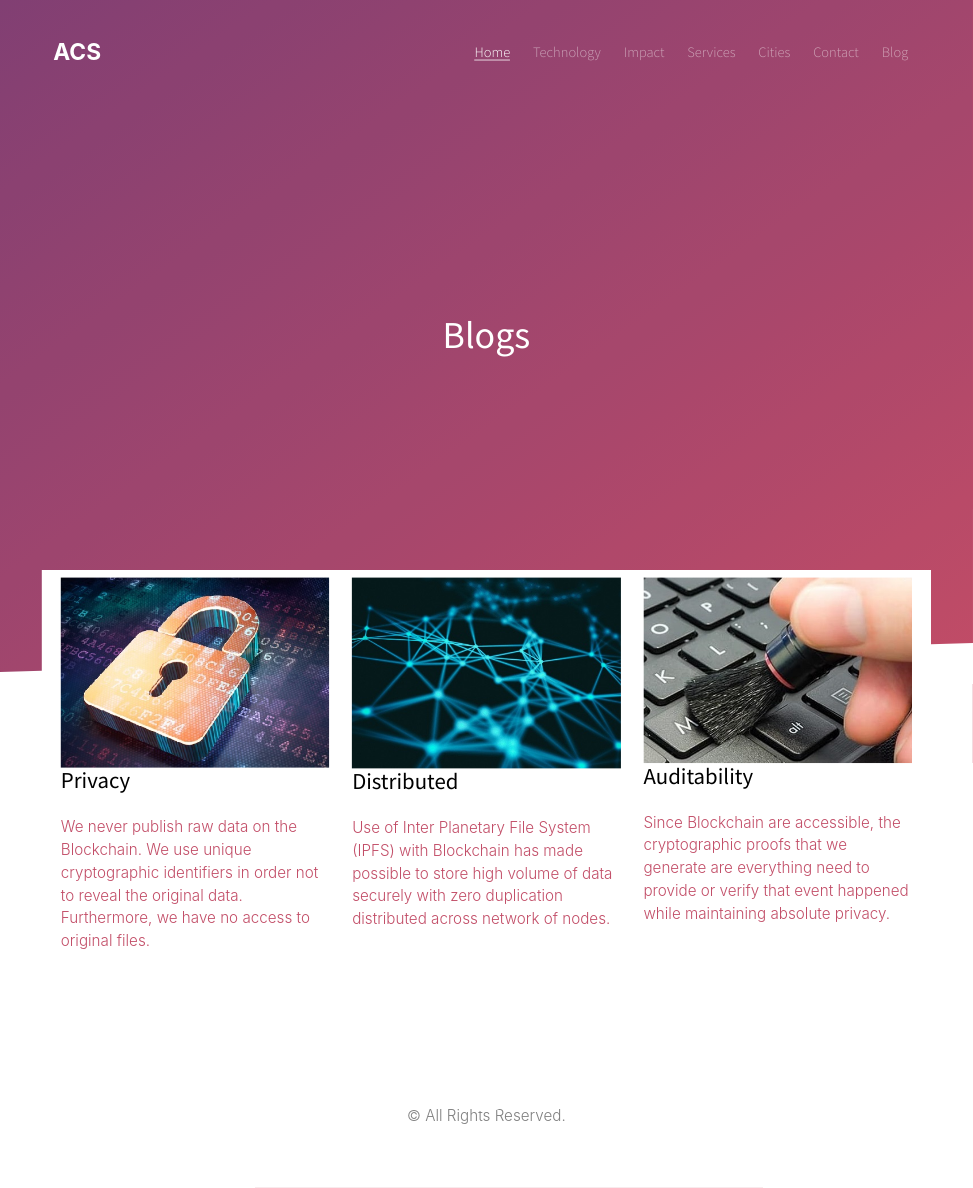
Repository: agarwalrahul-22/acs
Page: /blog
These files come from the project's save history. The page is drawn as it stood at one moment and after the next save; the edit follows.
The browser window is 1280 px wide. The pictures show the whole page, at 76% of full size.
Some web fonts or font styles are not loaded; a fallback is used. The project was rebuilt for these pictures with package versions that can differ from the ones it lists, and the page was loaded fresh each time. Also part of the build but not shown: src/components/main/LandingComponent.js, src/components/main/TechComponent.js, src/components/main/ImpactComponent.js, src/components/main/ServicesComponent.js, src/components/main/CitiesComponent.js, src/components/MainComponent.js.

Above is the page before, as saved 2022-10-10 22:06:12.

### public/index.html
<!DOCTYPE html>
<html lang="en">
  <head>
    <meta charset="utf-8" />
    <link rel="icon" href="%PUBLIC_URL%/favicon.ico" />
    <meta name="viewport" content="width=device-width, initial-scale=1" />
    <meta name="theme-color" content="#000000" />
    <meta name="description" content="Blockchain based Atithi Compliance System" />
    <link rel="apple-touch-icon" href="%PUBLIC_URL%/logo192.png" />
    <link href='https://fonts.googleapis.com/css?family=Source+Sans+Pro:400,300,600,400italic,700' rel='stylesheet'
      type='text/css'>
    <link rel="stylesheet" href="css/animate.css">
    <link rel="stylesheet" href="css/icomoon.css">
    <link rel="stylesheet" href="css/simple-line-icons.css">
    <link rel="stylesheet" href="css/magnific-popup.css">
    <link rel="stylesheet" href="css/bootstrap.css">
    <link rel="stylesheet" href="css/style3.css">
    <!--
      manifest.json provides metadata used when your web app is installed on a
      user's mobile device or desktop. See https://developers.google.com/web/fundamentals/web-app-manifest/
    -->
    <link rel="manifest" href="%PUBLIC_URL%/manifest.json" />
    <!--
      Notice the use of %PUBLIC_URL% in the tags above.
      It will be replaced with the URL of the `public` folder during the build.
      Only files inside the `public` folder can be referenced from the HTML.

      Unlike "/favicon.ico" or "favicon.ico", "%PUBLIC_URL%/favicon.ico" will
      work correctly both with client-side routing and a non-root public URL.
      Learn how to configure a non-root public URL by running `npm run build`.
    -->
    <title>Atithi Compliance System</title>
  </head>
  <body>
    <noscript>You need to enable JavaScript to run this app.</noscript>
    <div id="root"></div>
    <!--
      This HTML file is a template.
      If you open it directly in the browser, you will see an empty page.

      You can add webfonts, meta tags, or analytics to this file.
      The build step will place the bundled scripts into the <body> tag.

      To begin the development, run `npm start` or `yarn start`.
      To create a production bundle, use `npm run build` or `yarn build`.
    -->
  </body>
</html>

### src/components/BlogComponent.js
import React from 'react'
import report from "../images/report.svg";
import blockchain from "../images/blockchain.svg";
import img7 from "../images/img_7.jpg";
import img8 from "../images/img_8.jpg";
import img10 from "../images/img_10.jpg";
import fullimage2 from "../images/full_image_2.jpg";
import privacy from "../images/privacy_acs.jpg";
import distributed from "../images/distributed_acs.jpg";
import audit from "../images/audit_acs.jpg";
function BlogComponent() {
  return (
    <div>
      <section
        id="fh5co-home"
        data-section="home"
        style={{ backgroundImage: { fullimage2 } }}
        data-stellar-background-ratio="0.5"
      >
        <div className="gradient"></div>
        <div className="container">
          <div className="text-wrap">
            <div className="text-inner">
              <h1 className="to-animate">Blogs </h1>
            </div>
          </div>
        </div>
        <div className="slant"></div>
      </section>
      <section id="fh5co-intro">
        <div className="container">
          <div className="row row-bottom-padded-lg"
          style={{backgroundColor:'white', padding:'10px'}}
          >
            <div className="col-md-4 col-sm-6 col-xxs-12">
              <a
                href={privacy}
                className="fh5co-project-item image-popup to-animate"
              >
                <img src={privacy} alt="Image" className="img-responsive" />
                <div className="fh5co-text">
                  <h2>Privacy</h2>
                  <span>
                    We never publish raw data on the Blockchain. We use unique
                    cryptographic identifiers in order not to reveal the
                    original data. Furthermore, we have no access to original
                    files.
                  </span>
                </div>
              </a>
            </div>
            <div className="col-md-4 col-sm-6 col-xxs-12">
              <a
                href={distributed}
                className="fh5co-project-item image-popup to-animate"
              >
                <img src={distributed} alt="Image" className="img-responsive" />
                <div className="fh5co-text">
                  <h2>Distributed</h2>
                  <span>
                    Use of Inter Planetary File System (IPFS) with Blockchain
                    has made possible to store high volume of data securely with
                    zero duplication distributed across network of nodes.
                  </span>
                </div>
              </a>
            </div>
            <div className="col-md-4 col-sm-6 col-xxs-12">
              <a
                href={audit}
                className="fh5co-project-item image-popup to-animate"
              >
                <img src={audit} alt="Image" className="img-responsive" />
                <div className="fh5co-text">
                  <h2>Auditability</h2>
                  <span>
                    Since Blockchain are accessible, the cryptographic proofs
                    that we generate are everything need to provide or verify
                    that event happened while maintaining absolute privacy.
                  </span>
                </div>
              </a>
            </div>
          </div>
        </div>
      </section>
    </div>
  );
}

export default BlogComponent;

### public/css/simple-line-icons.css
@font-face {
  font-family: 'simple-line-icons';
  src:  url('../fonts/simple-line-icons/Simple-Line-Icons.eot?v=2.2.2');
  src:  url('../fonts/simple-line-icons/Simple-Line-Icons.eot?#iefix&v=2.2.2') format('embedded-opentype'),
        url('../fonts/simple-line-icons/Simple-Line-Icons.ttf?v=2.2.2') format('truetype'),
        url('../fonts/simple-line-icons/Simple-Line-Icons.woff2?v=2.2.2') format('woff2'),
        url('../fonts/simple-line-icons/Simple-Line-Icons.woff?v=2.2.2') format('woff'),
        url('../fonts/simple-line-icons/Simple-Line-Icons.svg?v=2.2.2#simple-line-icons') format('svg');
  font-weight: normal;
  font-style: normal;
}
/*
 Use the following CSS code if you want to have a class per icon.
 Instead of a list of all class selectors, you can use the generic [class*="icon-"] selector, but it's slower:
*/
.icon-user,
.icon-people,
.icon-user-female,
.icon-user-follow,
.icon-user-following,
.icon-user-unfollow,
.icon-login,
.icon-logout,
.icon-emotsmile,
.icon-phone,
.icon-call-end,
.icon-call-in,
.icon-call-out,
.icon-map,
.icon-location-pin,
.icon-direction,
.icon-directions,
.icon-compass,
.icon-layers,
.icon-menu,
.icon-list,
.icon-options-vertical,
.icon-options,
.icon-arrow-down,
.icon-arrow-left,
.icon-arrow-right,
.icon-arrow-up,
.icon-arrow-up-circle,
.icon-arrow-left-circle,
.icon-arrow-right-circle,
.icon-arrow-down-circle,
.icon-check,
.icon-clock,
.icon-plus,
.icon-close,
.icon-trophy,
.icon-screen-smartphone,
.icon-screen-desktop,
.icon-plane,
.icon-notebook,
.icon-mustache,
.icon-mouse,
.icon-magnet,
.icon-energy,
.icon-disc,
.icon-cursor,
.icon-cursor-move,
.icon-crop,
.icon-chemistry,
.icon-speedometer,
.icon-shield,
.icon-screen-tablet,
.icon-magic-wand,
.icon-hourglass,
.icon-graduation,
.icon-ghost,
.icon-game-controller,
.icon-fire,
.icon-eyeglass,
.icon-envelope-open,
.icon-envelope-letter,
.icon-bell,
.icon-badge,
.icon-anchor,
.icon-wallet,
.icon-vector,
.icon-speech,
.icon-puzzle,
.icon-printer,
.icon-present,
.icon-playlist,
.icon-pin,
.icon-picture,
.icon-handbag,
.icon-globe-alt,
.icon-globe,
.icon-folder-alt,
.icon-folder,
.icon-film,
.icon-feed,
.icon-drop,
.icon-drawar,
.icon-docs,
.icon-doc,
.icon-diamond,
.icon-cup,
.icon-calculator,
.icon-bubbles,
.icon-briefcase,
.icon-book-open,
.icon-basket-loaded,
.icon-basket,
.icon-bag,
.icon-action-undo,
.icon-action-redo,
.icon-wrench,
.icon-umbrella,
.icon-trash,
.icon-tag,
.icon-support,
.icon-frame,
.icon-size-fullscreen,
.icon-size-actual,
.icon-shuffle,
.icon-share-alt,
.icon-share,
.icon-rocket,
.icon-question,
.icon-pie-chart,
.icon-pencil,
.icon-note,
.icon-loop,
.icon-home,
.icon-grid,
.icon-graph,
.icon-microphone,
.icon-music-tone-alt,
.icon-music-tone,
.icon-earphones-alt,
.icon-earphones,
.icon-equalizer,
.icon-like,
.icon-dislike,
.icon-control-start,
.icon-control-rewind,
.icon-control-play,
.icon-control-pause,
.icon-control-forward,
.icon-control-end,
.icon-volume-1,
.icon-volume-2,
.icon-volume-off,
.icon-calendar,
.icon-bulb,
.icon-chart,
.icon-ban,
.icon-bubble,
.icon-camrecorder,
.icon-camera,
.icon-cloud-download,
.icon-cloud-upload,
.icon-envelope,
.icon-eye,
.icon-flag,
.icon-heart,
.icon-info,
.icon-key,
.icon-link,
.icon-lock,
.icon-lock-open,
.icon-magnifier,
.icon-magnifier-add,
.icon-magnifier-remove,
.icon-paper-clip,
.icon-paper-plane,
.icon-power,
.icon-refresh,
.icon-reload,
.icon-settings,
.icon-star,
.icon-symble-female,
.icon-symbol-male,
.icon-target,
.icon-credit-card,
.icon-paypal,
.icon-social-tumblr,
.icon-social-twitter,
.icon-social-facebook,
.icon-social-instagram,
.icon-social-linkedin,
.icon-social-pinterest,
.icon-social-github,
.icon-social-gplus,
.icon-social-reddit,
.icon-social-skype,
.icon-social-dribbble,
.icon-social-behance,
.icon-social-foursqare,
.icon-social-soundcloud,
.icon-social-spotify,
.icon-social-stumbleupon,
.icon-social-youtube,
.icon-social-dropbox {
  font-family: 'simple-line-icons';
  speak: none;
  font-style: normal;
  font-weight: normal;
  font-variant: normal;
  text-transform: none;
  line-height: 1;
  /* Better Font Rendering =========== */
  -webkit-font-smoothing: antialiased;
  -moz-osx-font-smoothing: grayscale;
}
.icon-user:before {
  content: "\e005";
}
.icon-people:before {
  content: "\e001";
}
.icon-user-female:before {
  content: "\e000";
}
.icon-user-follow:before {
  content: "\e002";
}
.icon-user-following:before {
  content: "\e003";
}
.icon-user-unfollow:before {
  content: "\e004";
}
.icon-login:before {
  content: "\e066";
}
.icon-logout:before {
  content: "\e065";
}
.icon-emotsmile:before {
  content: "\e021";
}
.icon-phone:before {
  content: "\e600";
}
.icon-call-end:before {
  content: "\e048";
}
.icon-call-in:before {
  content: "\e047";
}
.icon-call-out:before {
  content: "\e046";
}
.icon-map:before {
  content: "\e033";
}
.icon-location-pin:before {
  content: "\e096";
}
.icon-direction:before {
  content: "\e042";
}
.icon-directions:before {
  content: "\e041";
}
.icon-compass:before {
  content: "\e045";
}
.icon-layers:before {
  content: "\e034";
}
.icon-menu:before {
  content: "\e601";
}
.icon-list:before {
  content: "\e067";
}
.icon-options-vertical:before {
  content: "\e602";
}
.icon-options:before {
  content: "\e603";
}
.icon-arrow-down:before {
  content: "\e604";
}
.icon-arrow-left:before {
  content: "\e605";
}
.icon-arrow-right:before {
  content: "\e606";
}
.icon-arrow-up:before {
  content: "\e607";
}
.icon-arrow-up-circle:before {
  content: "\e078";
}
.icon-arrow-left-circle:before {
  content: "\e07a";
}
.icon-arrow-right-circle:before {
  content: "\e079";
}
.icon-arrow-down-circle:before {
  content: "\e07b";
}
.icon-check:before {
  content: "\e080";
}
.icon-clock:before {
  content: "\e081";
}
.icon-plus:before {
  content: "\e095";
}
.icon-close:before {
  content: "\e082";
}
.icon-trophy:before {
  content: "\e006";
}
.icon-screen-smartphone:before {
  content: "\e010";
}
.icon-screen-desktop:before {
  content: "\e011";
}
.icon-plane:before {
  content: "\e012";
}
.icon-notebook:before {
  content: "\e013";
}
.icon-mustache:before {
  content: "\e014";
}
.icon-mouse:before {
  content: "\e015";
}
.icon-magnet:before {
  content: "\e016";
}
.icon-energy:before {
  content: "\e020";
}
.icon-disc:before {
  content: "\e022";
}
.icon-cursor:before {
  content: "\e06e";
}
.icon-cursor-move:before {
  content: "\e023";
}
.icon-crop:before {
  content: "\e024";
}
.icon-chemistry:before {
  content: "\e026";
}
.icon-speedometer:before {
  content: "\e007";
}
.icon-shield:before {
  content: "\e00e";
}
.icon-screen-tablet:before {
  content: "\e00f";
}
.icon-magic-wand:before {
  content: "\e017";
}
.icon-hourglass:before {
  content: "\e018";
}
.icon-graduation:before {
  content: "\e019";
}
.icon-ghost:before {
  content: "\e01a";
}
.icon-game-controller:before {
  content: "\e01b";
}
.icon-fire:before {
  content: "\e01c";
}
.icon-eyeglass:before {
  content: "\e01d";
}
.icon-envelope-open:before {
  content: "\e01e";
}
.icon-envelope-letter:before {
  content: "\e01f";
}
.icon-bell:before {
  content: "\e027";
}
.icon-badge:before {
  content: "\e028";
}
.icon-anchor:before {
  content: "\e029";
}
.icon-wallet:before {
  content: "\e02a";
}
.icon-vector:before {
  content: "\e02b";
}
.icon-speech:before {
  content: "\e02c";
}
.icon-puzzle:before {
  content: "\e02d";
}
.icon-printer:before {
  content: "\e02e";
}
.icon-present:before {
  content: "\e02f";
}
.icon-playlist:before {
  content: "\e030";
}
.icon-pin:before {
  content: "\e031";
}
.icon-picture:before {
  content: "\e032";
}
.icon-handbag:before {
  content: "\e035";
}
.icon-globe-alt:before {
  content: "\e036";
}
.icon-globe:before {
  content: "\e037";
}
.icon-folder-alt:before {
  content: "\e039";
}
.icon-folder:before {
  content: "\e089";
}
.icon-film:before {
  content: "\e03a";
}
.icon-feed:before {
  content: "\e03b";
}
.icon-drop:before {
  content: "\e03e";
}
.icon-drawar:before {
  content: "\e03f";
}
.icon-docs:before {
  content: "\e040";
}
.icon-doc:before {
  content: "\e085";
}
.icon-diamond:before {
  content: "\e043";
}
.icon-cup:before {
  content: "\e044";
}
.icon-calculator:before {
  content: "\e049";
}
.icon-bubbles:before {
  content: "\e04a";
}
.icon-briefcase:before {
  content: "\e04b";
}
.icon-book-open:before {
  content: "\e04c";
}
.icon-basket-loaded:before {
  content: "\e04d";
}
.icon-basket:before {
  content: "\e04e";
}
.icon-bag:before {
  content: "\e04f";
}
.icon-action-undo:before {
  content: "\e050";
}
.icon-action-redo:before {
  content: "\e051";
}
.icon-wrench:before {
  content: "\e052";
}
.icon-umbrella:before {
  content: "\e053";
}
.icon-trash:before {
  content: "\e054";
}
.icon-tag:before {
  content: "\e055";
}
.icon-support:before {
  content: "\e056";
}
.icon-frame:before {
  content: "\e038";
}
.icon-size-fullscreen:before {
  content: "\e057";
}
.icon-size-actual:before {
  content: "\e058";
}
.icon-shuffle:before {
  content: "\e059";
}
.icon-share-alt:before {
  content: "\e05a";
}
.icon-share:before {
  content: "\e05b";
}
.icon-rocket:before {
  content: "\e05c";
}
.icon-question:before {
  content: "\e05d";
}
.icon-pie-chart:before {
  content: "\e05e";
}
.icon-pencil:before {
  content: "\e05f";
}
.icon-note:before {
  content: "\e060";
}
.icon-loop:before {
  content: "\e064";
}
.icon-home:before {
  content: "\e069";
}
.icon-grid:before {
  content: "\e06a";
}
.icon-graph:before {
  content: "\e06b";
}
.icon-microphone:before {
  content: "\e063";
}
.icon-music-tone-alt:before {
  content: "\e061";
}
.icon-music-tone:before {
  content: "\e062";
}
.icon-earphones-alt:before {
  content: "\e03c";
}
.icon-earphones:before {
  content: "\e03d";
}
.icon-equalizer:before {
  content: "\e06c";
}
.icon-like:before {
  content: "\e068";
}
.icon-dislike:before {
  content: "\e06d";
}
.icon-control-start:before {
  content: "\e06f";
}
.icon-control-rewind:before {
  content: "\e070";
}
.icon-control-play:before {
  content: "\e071";
}
.icon-control-pause:before {
  content: "\e072";
}
.icon-control-forward:before {
  content: "\e073";
}
.icon-control-end:before {
  content: "\e074";
}
.icon-volume-1:before {
  content: "\e09f";
}
.icon-volume-2:before {
  content: "\e0a0";
}
.icon-volume-off:before {
  content: "\e0a1";
}
.icon-calendar:before {
  content: "\e075";
}
.icon-bulb:before {
  content: "\e076";
}
.icon-chart:before {
  content: "\e077";
}
.icon-ban:before {
  content: "\e07c";
}
.icon-bubble:before {
  content: "\e07d";
}
.icon-camrecorder:before {
  content: "\e07e";
}
.icon-camera:before {
  content: "\e07f";
}
.icon-cloud-download:before {
  content: "\e083";
}
.icon-cloud-upload:before {
  content: "\e084";
}
.icon-envelope:before {
  content: "\e086";
}
.icon-eye:before {
  content: "\e087";
}
.icon-flag:before {
  content: "\e088";
}
.icon-heart:before {
  content: "\e08a";
}
.icon-info:before {
  content: "\e08b";
}
.icon-key:before {
  content: "\e08c";
}
.icon-link:before {
  content: "\e08d";
}
.icon-lock:before {
  content: "\e08e";
}
.icon-lock-open:before {
  content: "\e08f";
}
.icon-magnifier:before {
  content: "\e090";
}
.icon-magnifier-add:before {
  content: "\e091";
}
.icon-magnifier-remove:before {
  content: "\e092";
}
.icon-paper-clip:before {
  content: "\e093";
}
.icon-paper-plane:before {
  content: "\e094";
}
.icon-power:before {
  content: "\e097";
}
.icon-refresh:before {
  content: "\e098";
}
.icon-reload:before {
  content: "\e099";
}
.icon-settings:before {
  content: "\e09a";
}
.icon-star:before {
  content: "\e09b";
}
.icon-symble-female:before {
  content: "\e09c";
}
.icon-symbol-male:before {
  content: "\e09d";
}
.icon-target:before {
  content: "\e09e";
}
.icon-credit-card:before {
  content: "\e025";
}
.icon-paypal:before {
  content: "\e608";
}
.icon-social-tumblr:before {
  content: "\e00a";
}
.icon-social-twitter:before {
  content: "\e009";
}
.icon-social-facebook:before {
  content: "\e00b";
}
.icon-social-instagram:before {
  content: "\e609";
}
.icon-social-linkedin:before {
  content: "\e60a";
}
.icon-social-pinterest:before {
  content: "\e60b";
}
.icon-social-github:before {
  content: "\e60c";
}
.icon-social-gplus:before {
  content: "\e60d";
}
.icon-social-reddit:before {
  content: "\e60e";
}
.icon-social-skype:before {
  content: "\e60f";
}
.icon-social-dribbble:before {
  content: "\e00d";
}
.icon-social-behance:before {
  content: "\e610";
}
.icon-social-foursqare:before {
  content: "\e611";
}
.icon-social-soundcloud:before {
  content: "\e612";
}
.icon-social-spotify:before {
  content: "\e613";
}
.icon-social-stumbleupon:before {
  content: "\e614";
}
.icon-social-youtube:before {
  content: "\e008";
}
.icon-social-dropbox:before {
  content: "\e00c";
}

Loaded but not shown: src/index.js (common file); src/index.css (common file); src/reportWebVitals.js (common file); public/css/animate.css (library); public/css/icomoon.css (common file); public/css/magnific-popup.css (library); public/css/bootstrap.css (library); src/components/HeaderComponent.js (68 lines, source omitted); src/App.js (35 lines, source omitted); src/components/FooterComponent.js (20 lines, source omitted); public/css/style3.css (1411 lines, source omitted)

After the next save:
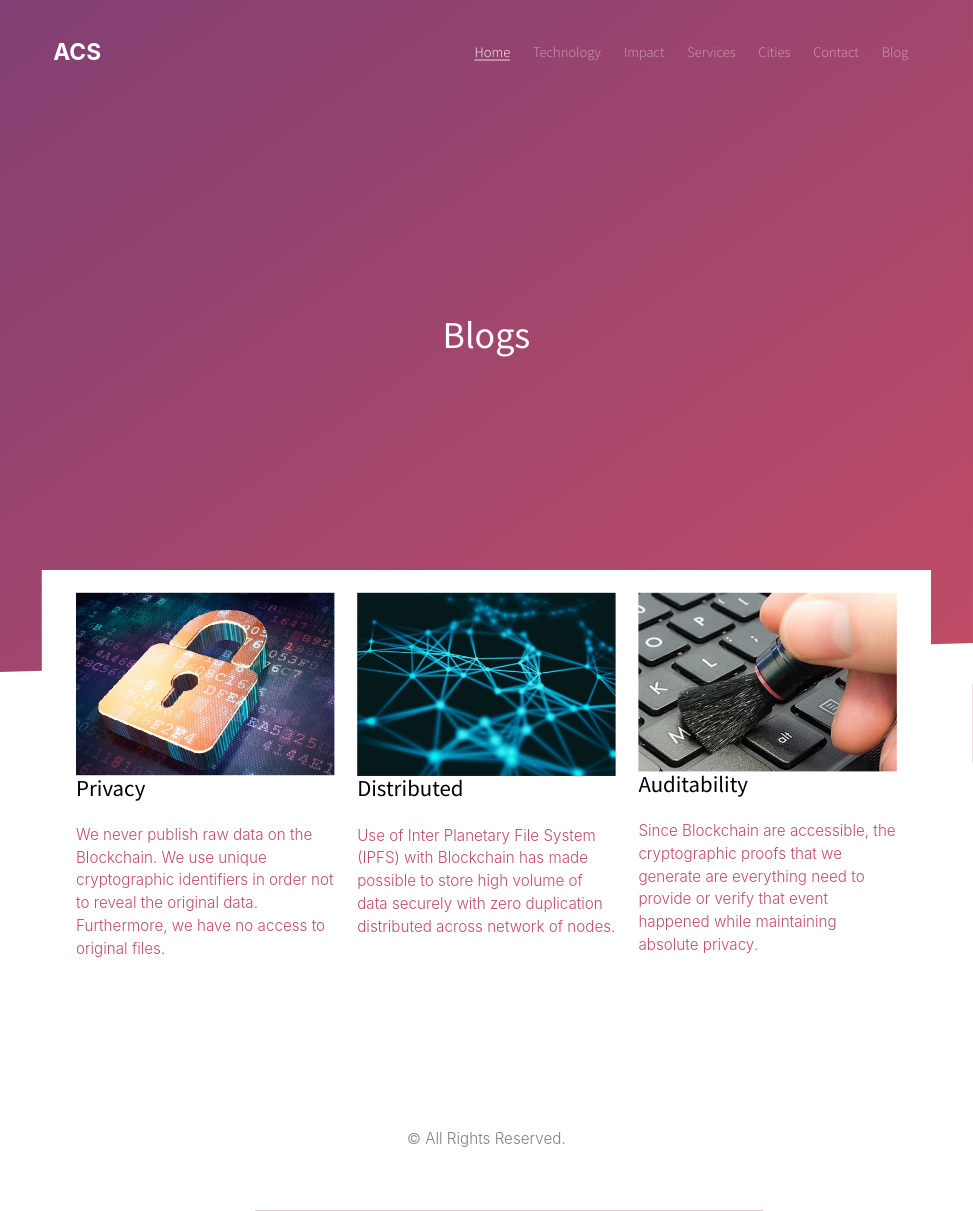
Saved 7 s later.
--- a/src/components/BlogComponent.js
+++ b/src/components/BlogComponent.js
@@ -30,7 +30,7 @@ function BlogComponent() {
       <section id="fh5co-intro">
         <div className="container">
           <div className="row row-bottom-padded-lg"
-          style={{backgroundColor:'white', padding:'10px'}}
+          style={{backgroundColor:'white', padding:'30px'}}
           >
             <div className="col-md-4 col-sm-6 col-xxs-12">
               <a
